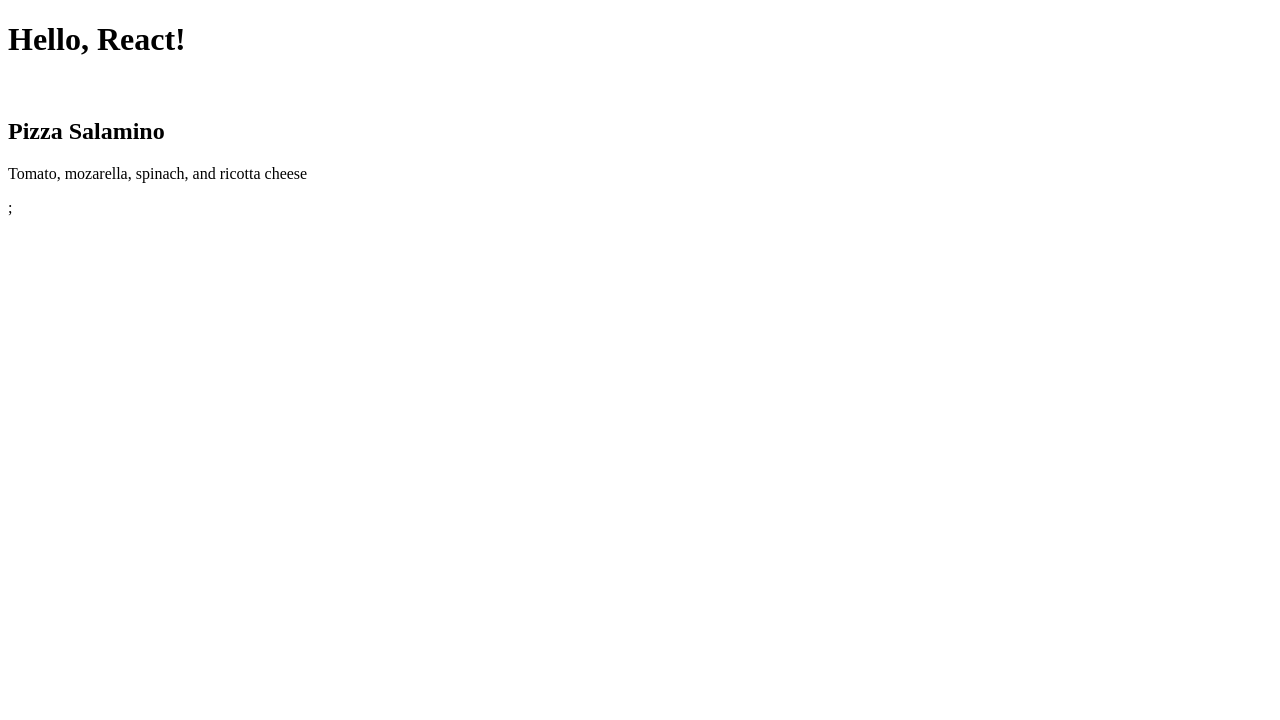
Repository: Aaryan-Poria/pizza-menu
Page: /
These files come from the project's save history. The page is drawn as it stood at one moment and after the next save; the edit follows.
The browser window is 1280 px wide. The pictures show the whole page.
The project was rebuilt for these pictures with package versions that can differ from the ones it lists, and the page was loaded fresh each time.

Above is the page before, as saved 2023-10-02 12:56:18.

After the next save:
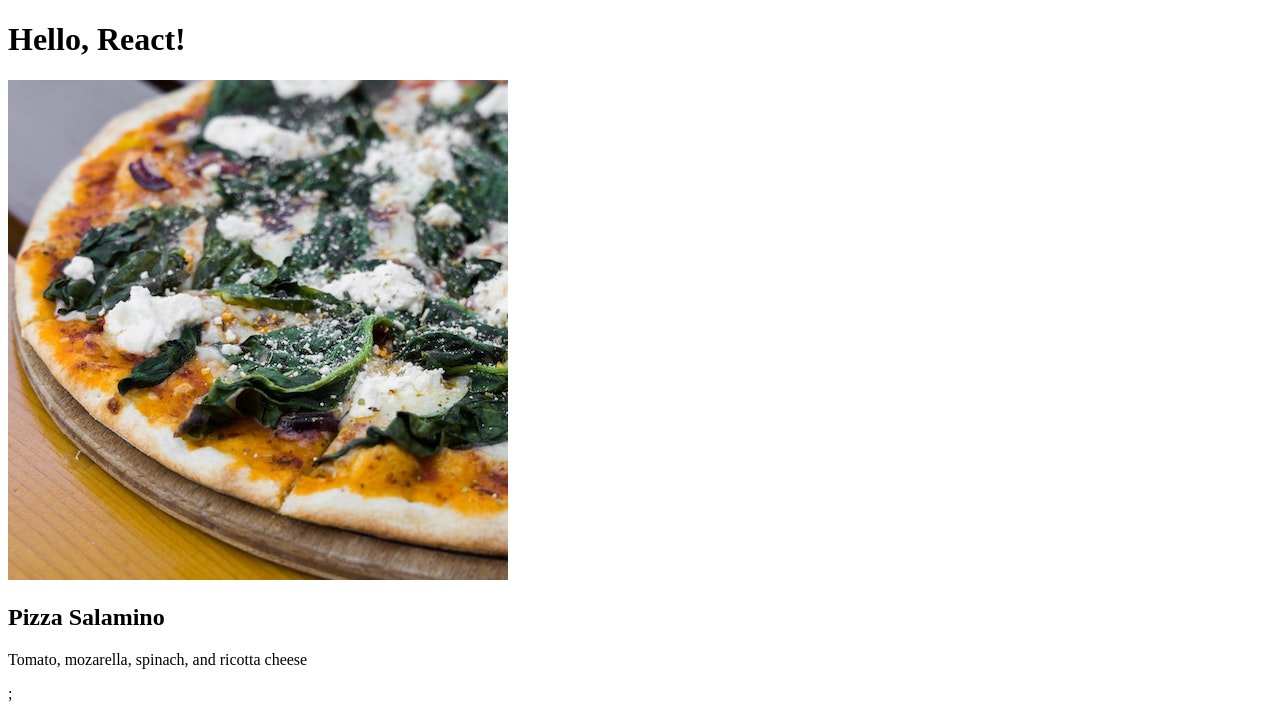
Saved 16 s later.
--- a/src/index.js
+++ b/src/index.js
@@ -58,7 +58,7 @@ function App() {
 function Pizza() {
   return (
     <div>
-      <img src=""></img>
+      <img src="public/pizzas/spinaci.jpg"></img>
       <h2> Pizza Salamino</h2>
       <p>Tomato, mozarella, spinach, and ricotta cheese</p>;
     </div>
